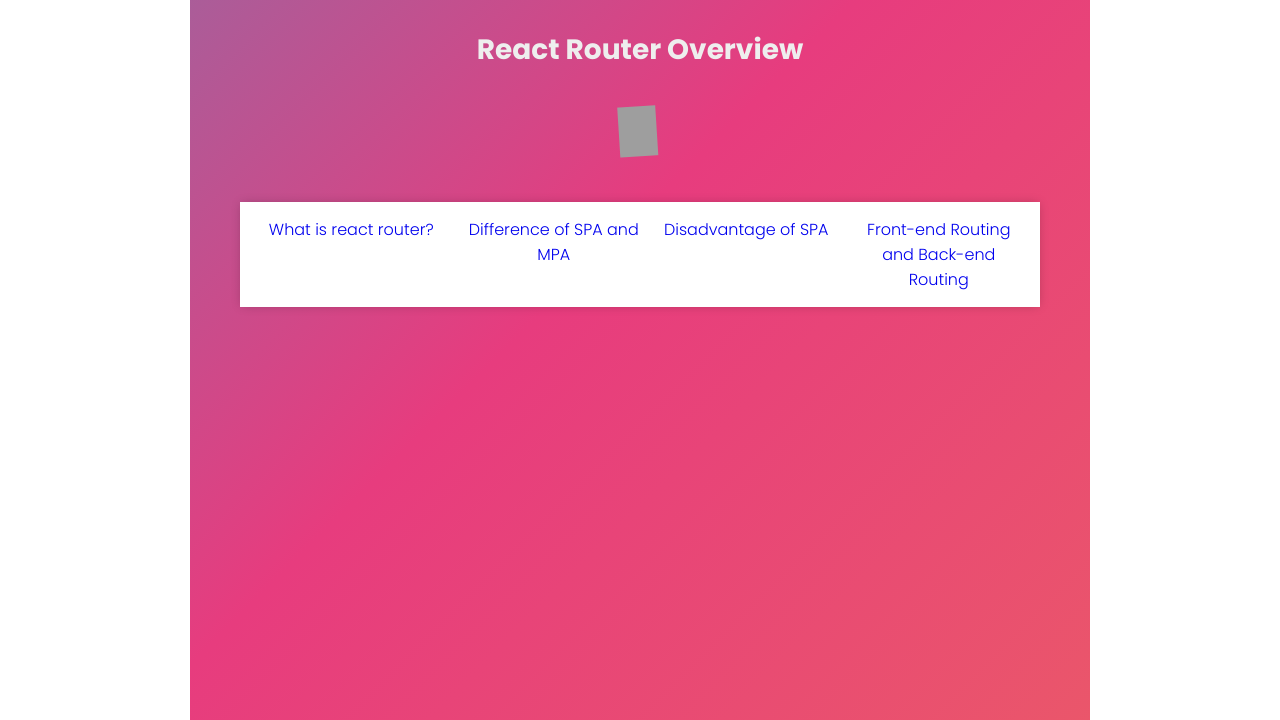
Repository: nguy3nds/2021-18-9-react
Page: /How
These files come from the project's save history. The page is drawn as it stood at one moment and after the next save; the edit follows.
The browser window is 1280 px wide. The pictures show the whole page.
Pictures or frames that could not be fetched are drawn as grey boxes. The project was rebuilt for these pictures with package versions that can differ from the ones it lists, and the page was loaded fresh each time. Also part of the build but not shown: src/components/What.js, src/components/Why.js, src/components/How.js, src/components/Tung.js.

Above is the page before, as saved 2021-09-19 22:39:03.

After the next save:
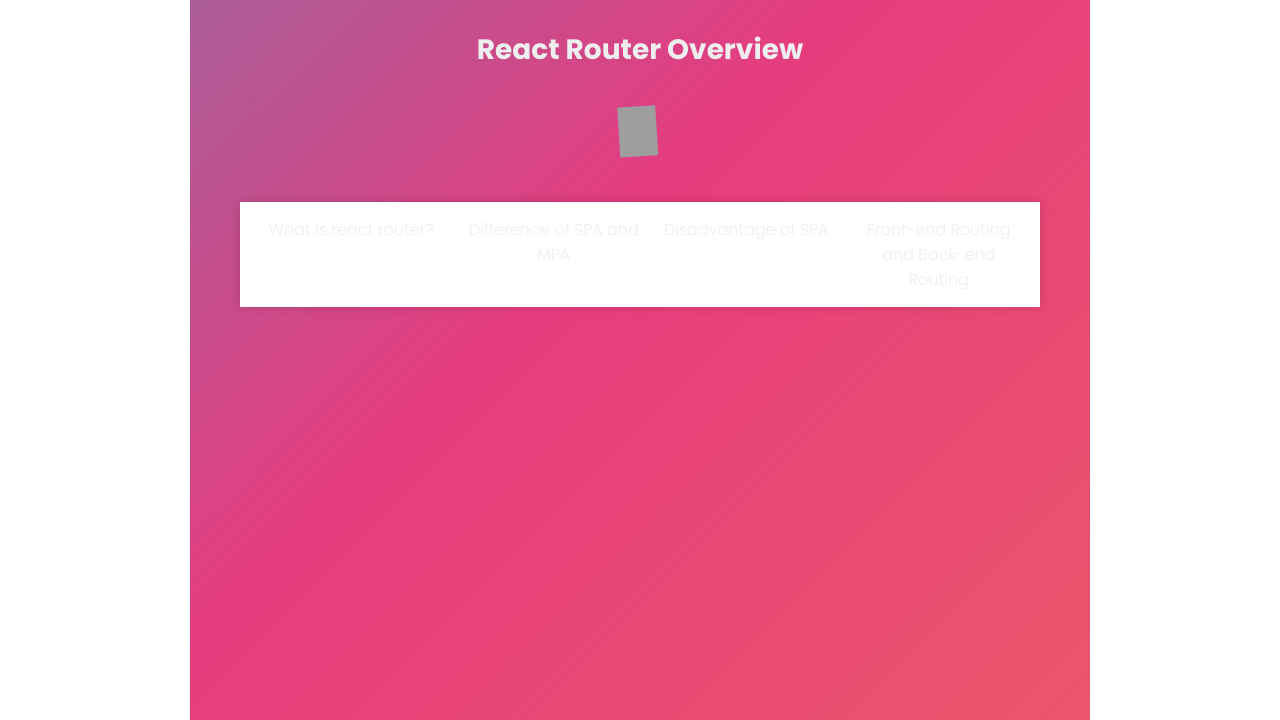
Saved 7 s later.
--- a/src/App.css
+++ b/src/App.css
@@ -37,6 +37,7 @@ a {
   text-decoration: none;
   font-family: var(--font);
   font-size: 1.6rem;
+  color: #eee;
 }
 
 input,
